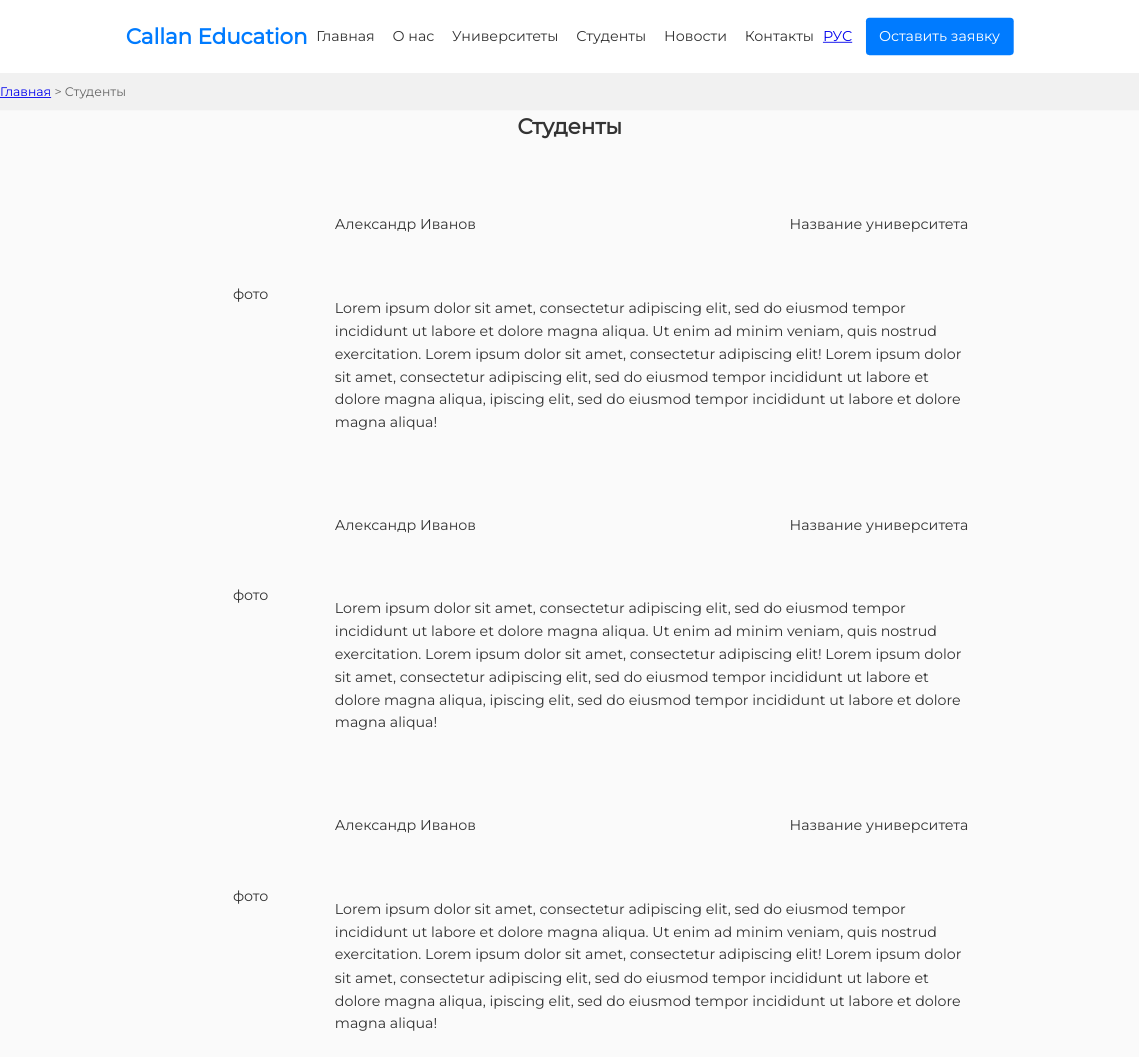
Repository: olyakorzh/Team-project-1
Page: assets/pages/students.html
These files come from the project's save history. The page is drawn as it stood at one moment and after the next save; the edit follows.
The browser window is 1280 px wide. The pictures show the whole page, at 89% of full size.

Above is the page before, as saved 2024-12-03 23:17:23.

### assets/pages/students.html
<!DOCTYPE html>
<html lang="ru">
<head>
    <meta charset="UTF-8">
    <meta name="viewport" content="width=device-width, initial-scale=1.0">
    <title>Студенты</title>
    <link rel="stylesheet" href="/assets/styles/students.css" />
</head>
<body>
    <header class="header">
        <div class="header__container">
          <div class="header__logo">Callan Education</div>
          <nav class="header__nav">
            <ul class="menu">
              <li class="menu__item">
                <a href="#" class="menu__link">Главная</a>
              </li>
              <li class="menu__item"><a href="#" class="menu__link">О нас</a></li>
              <li class="menu__item">
                <a href="#" class="menu__link">Университеты</a>
              </li>
              <li class="menu__item">
                <a href="#" class="menu__link">Студенты</a>
              </li>
              <li class="menu__item">
                <a href="#" class="menu__link">Новости</a>
              </li>
              <li class="menu__item">
                <a href="#" class="menu__link">Контакты</a>
              </li>
            </ul>
          </nav>
          <div class="header__actions">
            <a href="#" class="header__language">РУС</a>
            <a href="#" class="header__button">Оставить заявку</a>
          </div>
        </div>
      </header>
      <main>
        <section class="breadcrumbs">
            <div class="breadcrumbs__container">
              <a href="#" class="breadcrumbs__link">Главная</a> >
              <span class="breadcrumbs__current">Студенты</span>
            </div>
          </section>
          <h2>Студенты</h2>
          <div class="basic">
          <div class="containerstudent">
          <div class="block_foto">фото</div>
          <div class="block1">Александр Иванов</div>
          <div class="block2">Название университета</div>
          <div class="block3">Lorem ipsum dolor sit amet, consectetur adipiscing elit, sed do eiusmod tempor incididunt ut labore et dolore magna aliqua. Ut enim ad minim veniam, quis nostrud exercitation. Lorem ipsum dolor sit amet, consectetur adipiscing elit! Lorem ipsum dolor sit amet, consectetur adipiscing elit, sed do eiusmod tempor incididunt ut labore et dolore magna aliqua, ipiscing elit, sed do eiusmod tempor incididunt ut labore et dolore magna aliqua!</div>
         </div>
        </div>
        <div class="basic">
          <div class="containerstudent">
          <div class="block_foto">фото</div>
          <div class="block1">Александр Иванов</div>
          <div class="block2">Название университета</div>
          <div class="block3">Lorem ipsum dolor sit amet, consectetur adipiscing elit, sed do eiusmod tempor incididunt ut labore et dolore magna aliqua. Ut enim ad minim veniam, quis nostrud exercitation. Lorem ipsum dolor sit amet, consectetur adipiscing elit! Lorem ipsum dolor sit amet, consectetur adipiscing elit, sed do eiusmod tempor incididunt ut labore et dolore magna aliqua, ipiscing elit, sed do eiusmod tempor incididunt ut labore et dolore magna aliqua!</div>
         </div>
        </div>
        <div class="basic">
          <div class="containerstudent">
          <div class="block_foto">фото</div>
          <div class="block1">Александр Иванов</div>
          <div class="block2">Название университета</div>
          <div class="block3">Lorem ipsum dolor sit amet, consectetur adipiscing elit, sed do eiusmod tempor incididunt ut labore et dolore magna aliqua. Ut enim ad minim veniam, quis nostrud exercitation. Lorem ipsum dolor sit amet, consectetur adipiscing elit! Lorem ipsum dolor sit amet, consectetur adipiscing elit, sed do eiusmod tempor incididunt ut labore et dolore magna aliqua, ipiscing elit, sed do eiusmod tempor incididunt ut labore et dolore magna aliqua!</div>
         </div>
        </div>
        </main>
</body>
</html>

### assets/styles/students.css
@font-face {
    font-family: "Montserrat";
    src: url("../fonts/Montserrat/static/Montserrat-Regular.ttf")
      format("truetype");
    font-weight: normal;
    font-style: normal;
  }

  * {
    margin: 0;
    padding: 0;
    box-sizing: border-box;
  }

  body {
    font-family: Montserrat, sans-serif;
    font-size: 16px;
    line-height: 1.6;
    color: #333;
    background-color: #f9f9f9b8;
  }

  .container {
    width: 90%;
    max-width: 1200px;
    margin: 0 auto;
  }

  .header {
    background-color: #fff;
    box-shadow: 0 2px 5px rgba(0, 0, 0, 0.1);
    padding: 20px 0;
  }

  .header__container {
    display: flex;
    align-items: center;
    justify-content: center;
  }

  .header__logo {
    font-size: 24px;
    font-weight: bold;
    color: #007bff;
  }

  .header__nav .menu {
    display: flex;
    list-style: none;
  }

  .menu__item {
    margin: 0 10px;
  }

  .menu__link {
    text-decoration: none;
    color: #333;
    font-weight: 500;
    transition: color 0.3s ease;
  }

  .menu__link:hover {
    color: #007bff;
  }

  .header__actions {
    display: flex;
    align-items: center;
    gap: 15px;
  }

  .header__button {
    padding: 8px 15px;
    background-color: #007bff;
    color: #fff;
    text-decoration: none;
    border-radius: 4px;
    transition: background-color 0.3s ease;
  }

  .header__button:hover {
    background-color: #0056b3;
  }
  .breadcrumbs {
    background-color: #f1f1f1;
    padding: 10px 0;
    font-size: 14px;
    color: #666;
  }

  .breadcrumbs__container {
    text-align: left;
  }
  .containerstudent{
    display: grid;
    grid-template-columns: 20% 1fr 1fr;
    grid-template-rows: 1fr 1fr;
    gap: 5px 5px;
    align-items: center;
    width: 70%;
    margin-top: 1%;
    margin-bottom: 2%;
  }
  .block_foto{
    display: grid;
    grid-row-start: 1;
    grid-row-end: 3;
    justify-items: center;

  }
  .block3{
    grid-column-end: span 2;
  }
  .block1{
    display: grid;
    text-align: left;
  }
  .block2{
    align-content: center;
    text-align: right;
  }
h2{
  display: grid;
  justify-content: center;
}
.basic{
justify-items: center;
}

After the next save:
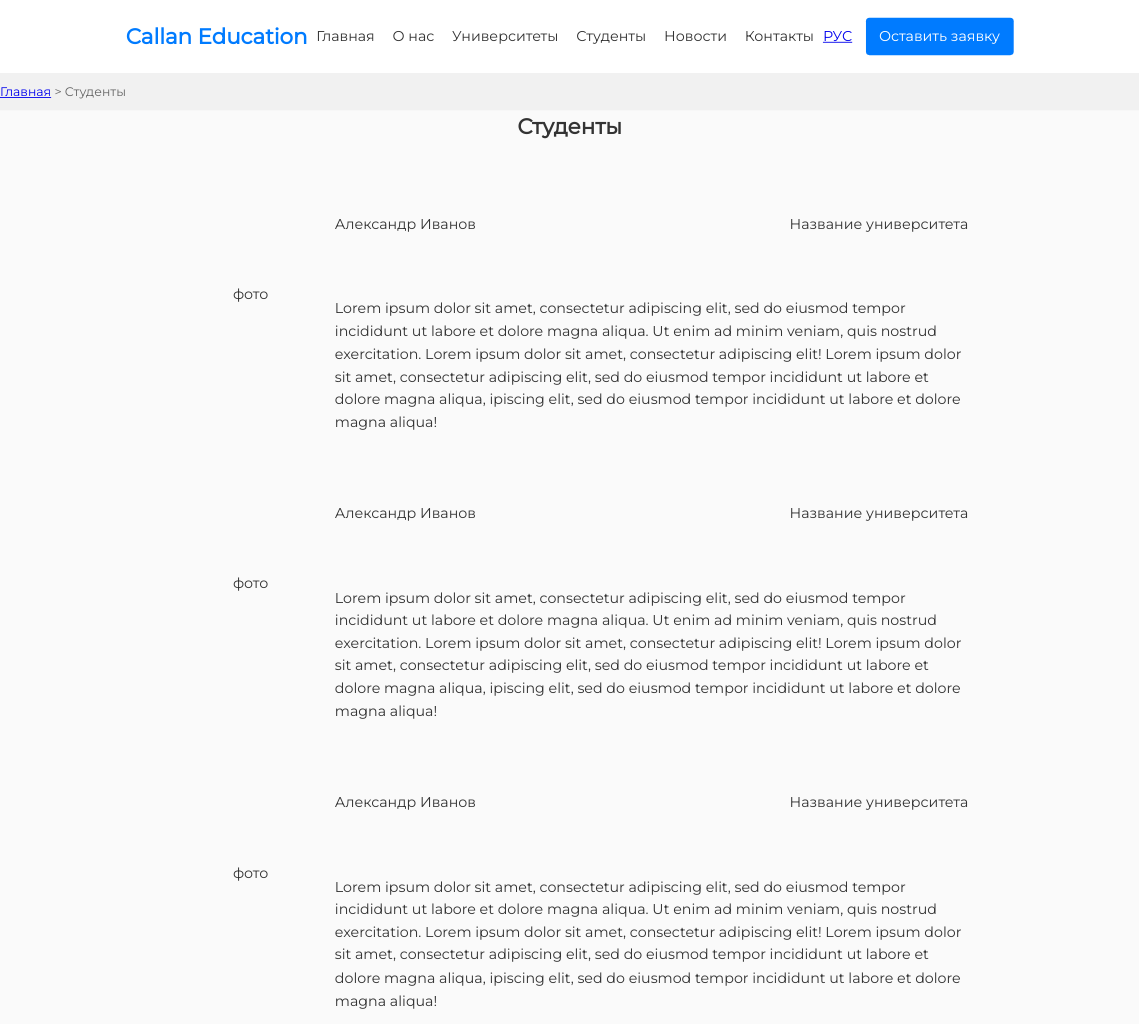
Saved 4 s later.
--- a/assets/styles/students.css
+++ b/assets/styles/students.css
@@ -100,7 +100,7 @@
     align-items: center;
     width: 70%;
     margin-top: 1%;
-    margin-bottom: 2%;
+    margin-bottom: 1%;
   }
   .block_foto{
     display: grid;
